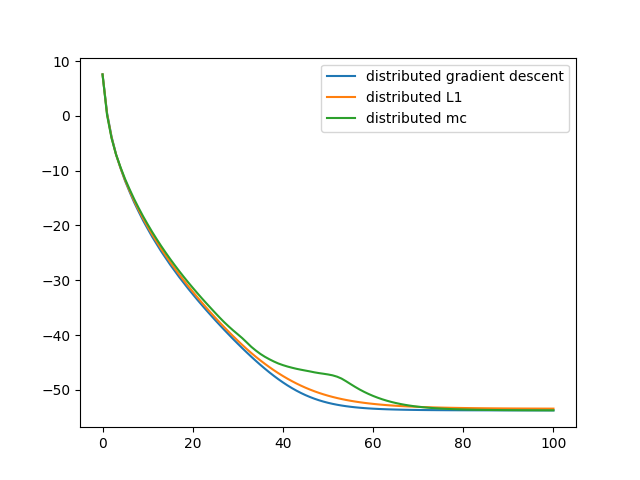
Repository: komuro-zero/distributed-optimization
Script's output: python main_wj_noisyd.py
These files come from the project's save history. The script's output is drawn as it stood at one moment and after the next save; the edit follows.
Random numbers start from a fixed seed.

Above is the script's output before, as saved 2019-09-24 14:09:27.

After the next save:
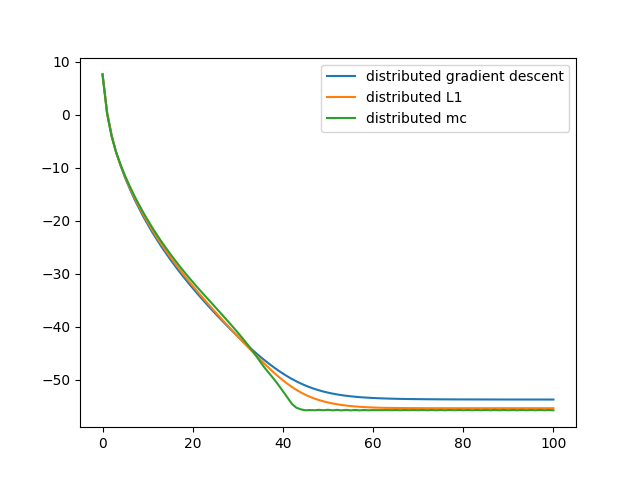
Saved 13 s later.
--- a/modules/distributed_functions_wj.py
+++ b/modules/distributed_functions_wj.py
@@ -33,7 +33,7 @@ class functions():
 		w_star = self.w_star(N,sparse_percentage)
 		for i in range(len(w_star)):
 			if w_star[i] == 0:
-				w_star[i] = 0.01
+				w_star[i] = 0.001
 			else:
 				w_star[i] = 1
 		return w_star
